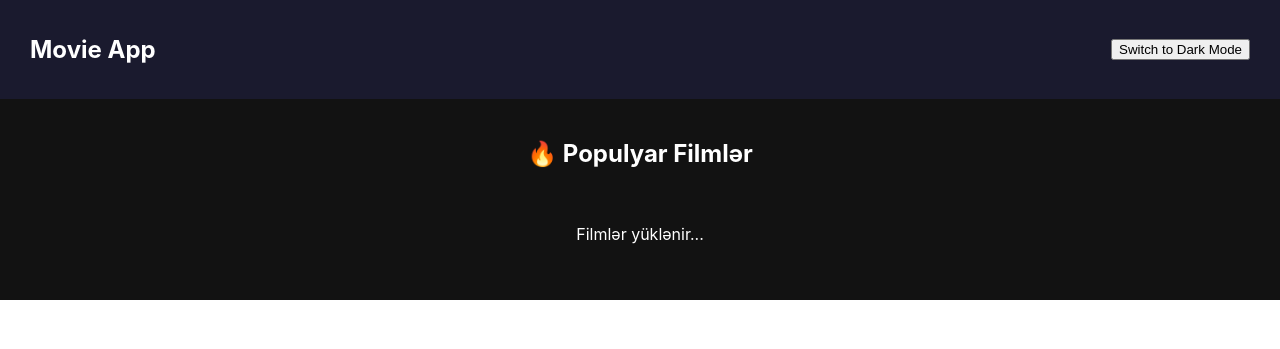
Repository: Zulfiyya077/InternIntelligence_MovieWebsite
Page: /
An editor plug-in stored every save of this project. The page is shown before and after the next save, followed by the edit.
The browser window is 1280 px wide. The pictures show the whole page.
The page's requests for data from a server got no answer. The project was rebuilt for these pictures with package versions that can differ from the ones it lists, and the page was loaded fresh each time. No one was signed in, and anything a server would have sent is missing. Also part of the build but not shown: vite.config.js, src/components/MovieCard.module.css, src/components/MovieCard.jsx, src/pages/MovieDetailsPage.module.css, src/pages/MovieDetailsPage.jsx, src/pages/SearchResultsPage.module.css, src/pages/SearchResultsPage.jsx, src/pages/About.module.css and 4 more.

Above is the page before, as saved 2025-02-24 00:48:54.

After the next save:
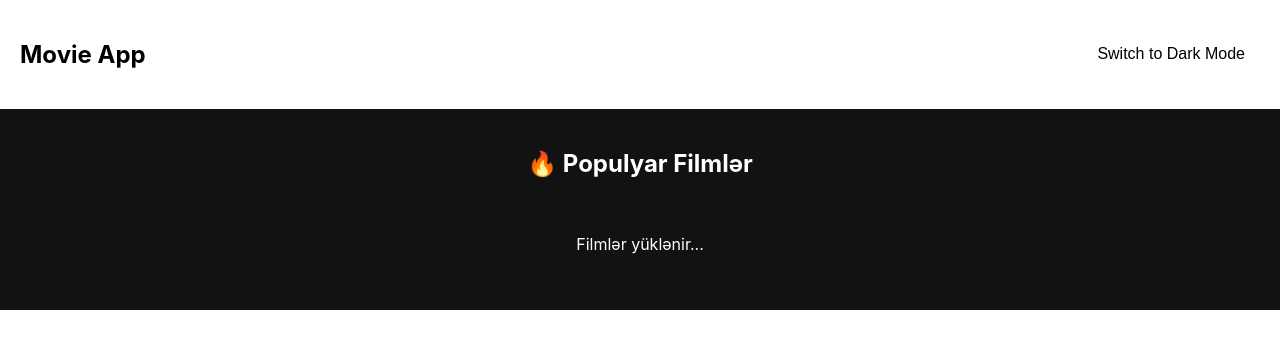
Saved 15 s later.
--- a/src/components/Navbar.module.css
+++ b/src/components/Navbar.module.css
@@ -1,32 +1,23 @@
+/* src/components/Navbar.module.css */
 .navbar {
     display: flex;
+    justify-content: space-between;
     align-items: center;
-    justify-content: space-between;
-    background-color: #1a1a2e;
-    padding: 15px 30px;
-    color: white;
+    padding: 20px;
+    background-color: var(--navbar-background);
+    color: var(--navbar-color);
 }
 
-.logo a {
-    font-size: 1.5rem;
-    color: white;
-    text-decoration: none;
-    font-weight: bold;
+.themeButton {
+    padding: 10px 15px;
+    background-color: var(--button-background);
+    border: none;
+    color: var(--button-color);
+    cursor: pointer;
+    border-radius: 5px;
+    font-size: 1rem;
 }
 
-.navLinks {
-    list-style: none;
-    display: flex;
-    gap: 20px;
+.themeButton:hover {
+    background-color: var(--button-hover-background);
 }
-
-.navLinks li a {
-    color: white;
-    text-decoration: none;
-    font-size: 1.1rem;
-    transition: color 0.3s;
-}
-
-.navLinks li a:hover {
-    color: #ffcc00;
-}
